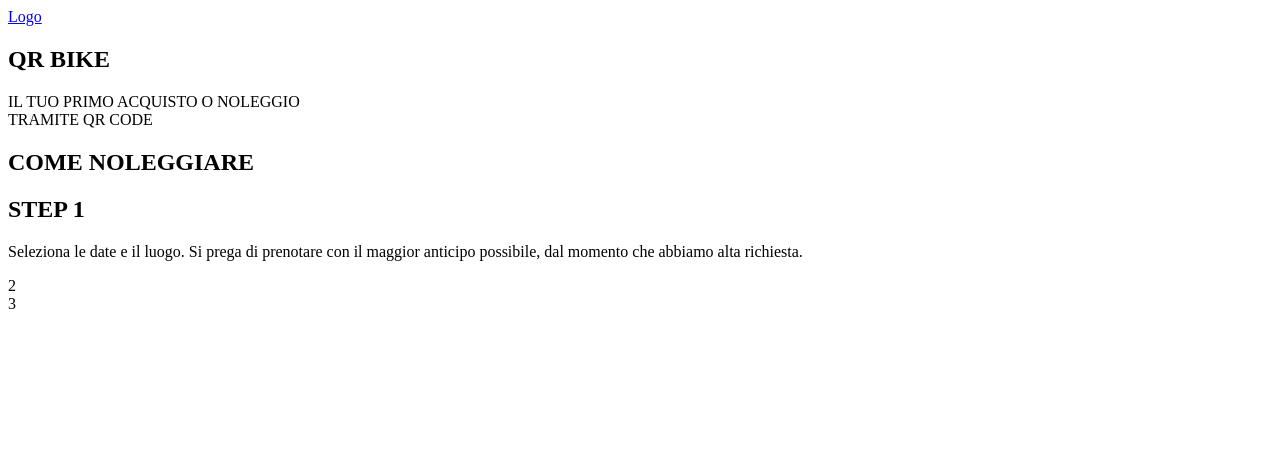
Repository: andrealepori/qrbike
Page: index.html
An editor plug-in stored every save of this project. The page is shown before and after the next save, followed by the edit.
The browser window is 1280 px wide. The pictures show the whole page.

Above is the page before, as saved 2020-09-16 16:19:44.

### index.html
<!DOCTYPE html>
<html lang="en">
<head>
    <meta charset="UTF-8">
    <meta name="viewport" content="width=device-width, initial-scale=1.0">
    <title>Home - QR BIKE</title>


	<link type="text/css" rel="stylesheet" href="css/style.css" />

</head>
<body>


  <header>
    <a href="#" id="logo">Logo</a>
  </header>

  <section id="hero1" class="hero">

    <div class="inner">
      <div class="copy">

      <h1 class="yellowtitle"> QR BIKE</h1>
      <p class="subtitle">IL TUO PRIMO ACQUISTO O NOLEGGIO <br> TRAMITE QR CODE</p>
      </div>
    </div>
  </section>





<section>

      <h1 class="titolo">COME NOLEGGIARE </h1>

    </div>
    </div>
  </section>



  <div class="support-grid"></div>

  <section class="grid-1">
    <div class="item-1">
      <h1 class="titoli"><bold>STEP 1</bold> </h1>


      <p class="nero">
        Seleziona le date e il luogo. Si prega di prenotare con il maggior anticipo possibile, dal momento che abbiamo alta richiesta. </p>
    </div>
    <div class="item-2">2</div>
    <div class="item-3">3</div>

  </section>






</body>
</html>

Loaded but not shown: style.css (no stored copy; drawn as an empty file)

After the next save:
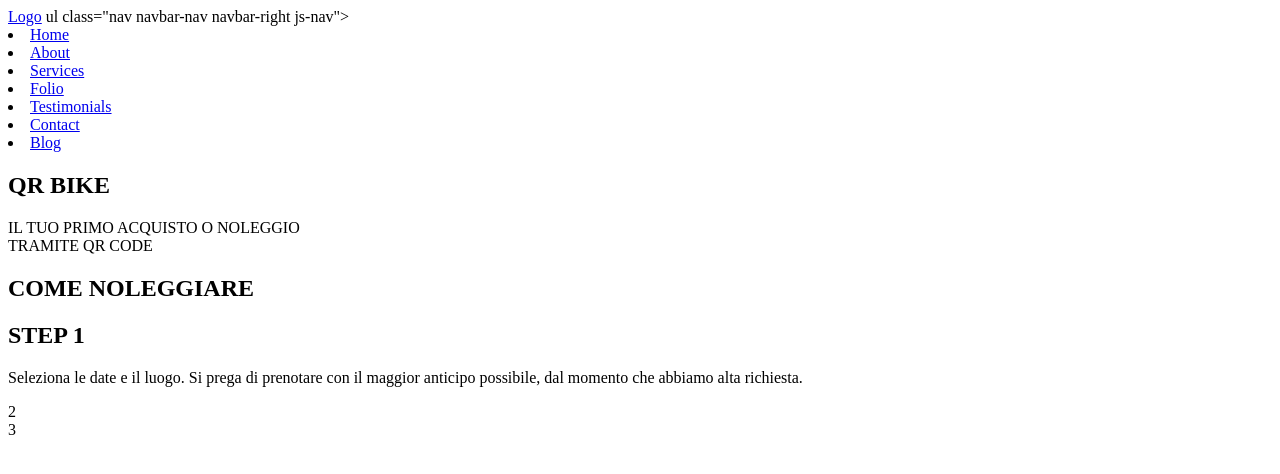
Saved 20 min 23 s later.
--- a/index.html
+++ b/index.html
@@ -14,6 +14,38 @@
 
   <header>
     <a href="#" id="logo">Logo</a>
+
+
+
+
+
+
+
+
+
+
+
+
+
+    ul class="nav navbar-nav navbar-right js-nav">
+            <li><a href="#home">Home</a></li>
+
+            <li><a href="#about">About</a></li>
+
+            <li><a href="#services">Services</a></li>
+
+            <li><a href="#folio">Folio</a></li>
+
+            <li><a href="#testimonials">Testimonials</a></li>
+
+            <li><a href="#contact">Contact</a></li>
+
+            <li><a href="http://alexsblog.org" target="_blank">Blog</a></li>
+          </ul>
+        </div>
+      </div>
+    </nav>
+
   </header>
 
   <section id="hero1" class="hero">
